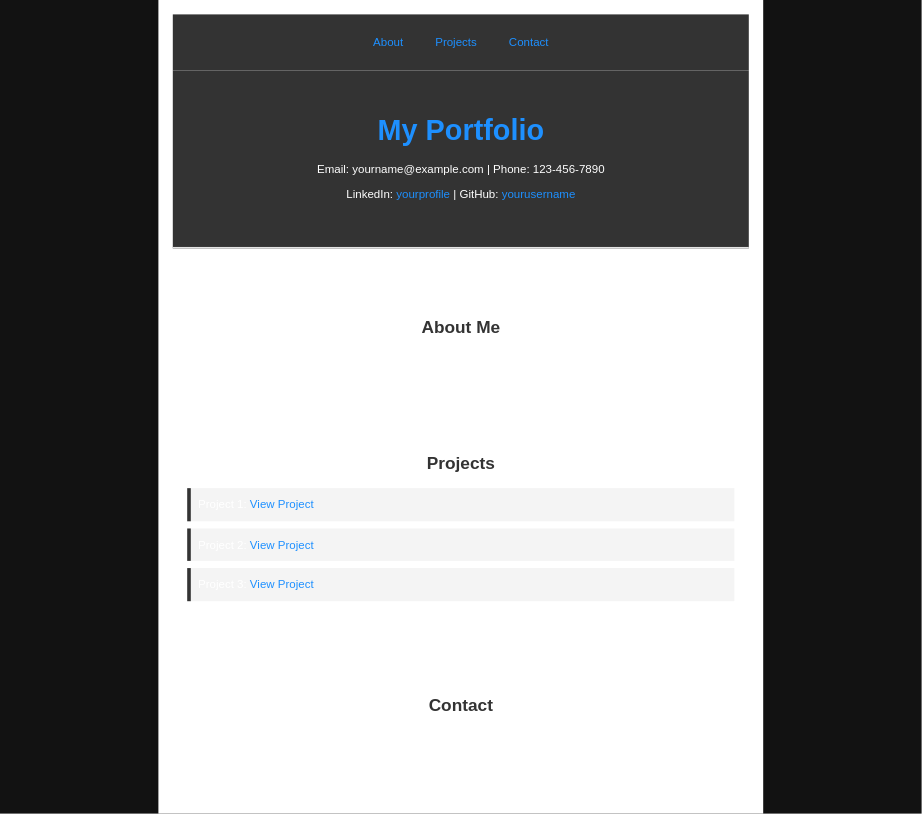
Repository: HoangDuck/portfolio
Page: index.html
An editor plug-in stored every save of this project. The page is shown before and after the next save, followed by the edit.
The browser window is 1280 px wide. The pictures show the whole page, at 72% of full size.

Above is the page before, as saved 2025-03-09 22:15:55.

### index.html
<!DOCTYPE html>
<html lang="en">
<head>
    <meta charset="UTF-8">
    <meta name="viewport" content="width=device-width, initial-scale=1.0">
    <title>My Portfolio</title>
    <link rel="stylesheet" href="style.css">
</head>
<body>
    <div class="portfolio-container">
        <nav>
            <ul>
                <li><a href="#about">About</a></li>
                <li><a href="#projects">Projects</a></li>
                <li><a href="#contact">Contact</a></li>
            </ul>
        </nav>
        <header>
            <h1>My Portfolio</h1>
            <p id="contact-info">Email: yourname@example.com | Phone: 123-456-7890</p>
            <p id="social-media">
                LinkedIn: <a href="https://www.linkedin.com/in/yourprofile">yourprofile</a> |
                GitHub: <a href="https://github.com/yourusername">yourusername</a>
            </p>
        </header>
        <section id="about">
            <h2>About Me</h2>
            <p>Welcome to my portfolio. Here you will find my latest projects and ways to contact me.</p>
        </section>
        <section id="projects" class="projects">
            <h2>Projects</h2>
            <ul id="project-list">
                <li>Project 1: <a href="https://example.com/project1">View Project</a></li>
                <li>Project 2: <a href="https://example.com/project2">View Project</a></li>
                <li>Project 3: <a href="https://example.com/project3">View Project</a></li>
            </ul>
        </section>
        <section id="contact">
            <h2>Contact</h2>
            <p>Feel free to reach out to me via email or phone.</p>
        </section>
    </div>
    <script src="script.js"></script>
</body>
</html>

### style.css
body {
    font-family: Arial, sans-serif;
    line-height: 1.6;
    background-color: #121212;
    color: #ffffff;
    margin: 0;
    padding: 0;
}

.portfolio-container {
    width: 80%;
    margin: auto;
    overflow: hidden;
    background: white;
    padding: 20px;
    box-shadow: 0 0 10px rgba(0, 0, 0, 0.1);
    max-width: 800px;
    margin: 0 auto;
    padding: 20px;
}

nav {
    background: #333;
    color: #fff;
    padding: 10px 0;
    text-align: center;
}

nav ul {
    list-style: none;
    padding: 0;
    list-style-type: none;
    padding: 0;
}

nav ul li {
    display: inline;
    margin: 0 20px;
    display: inline;
    margin-right: 20px;
}

nav ul li a {
    color: #1e90ff; /* Primary blue color */
    text-decoration: none;
    color: #1e90ff; /* Primary blue color */
}

header {
    text-align: center;
    padding: 50px 0;
    background: #333;
    color: #fff;
    border-bottom: 2px solid #e4e4e4;
    margin-bottom: 20px;
    text-align: center;
    margin-bottom: 50px;
}

header h1 {
    margin: 0;
    font-size: 2.5em;
    color: #1e90ff; /* Primary blue color */
}

header p {
    margin: 10px 0;
}

h2 {
    font-size: 1.5em;
    margin-bottom: 10px;
    color: #555;
}

p {
    margin: 5px 0;
}

ul {
    list-style: none;
    padding: 0;
}

ul li {
    margin-bottom: 10px;
}

a {
    color: #1e90ff; /* Primary blue color */
    text-decoration: none;
}

a:hover {
    text-decoration: underline;
}

section {
    margin-bottom: 20px;
    margin-bottom: 50px;
}

.projects {
    background: #fff;
    padding: 20px;
    margin-top: 20px;
}

.projects h2 {
    text-align: center;
    color: #333;
}

#project-list {
    list-style: none;
    padding: 0;
}

#project-list li {
    background: #f4f4f4;
    margin: 10px 0;
    padding: 10px;
    border-left: 5px solid #333;
    margin-bottom: 10px;
}

#project-list li a {
    text-decoration: none;
    color: #1e90ff; /* Primary blue color */
}

#about, #contact {
    background: #fff;
    padding: 20px;
    margin-top: 20px;
}

#about h2, #contact h2 {
    text-align: center;
    color: #333;
}

### script.js
document.addEventListener('DOMContentLoaded', () => {
    console.log('Portfolio loaded successfully!');
});

After the next save:
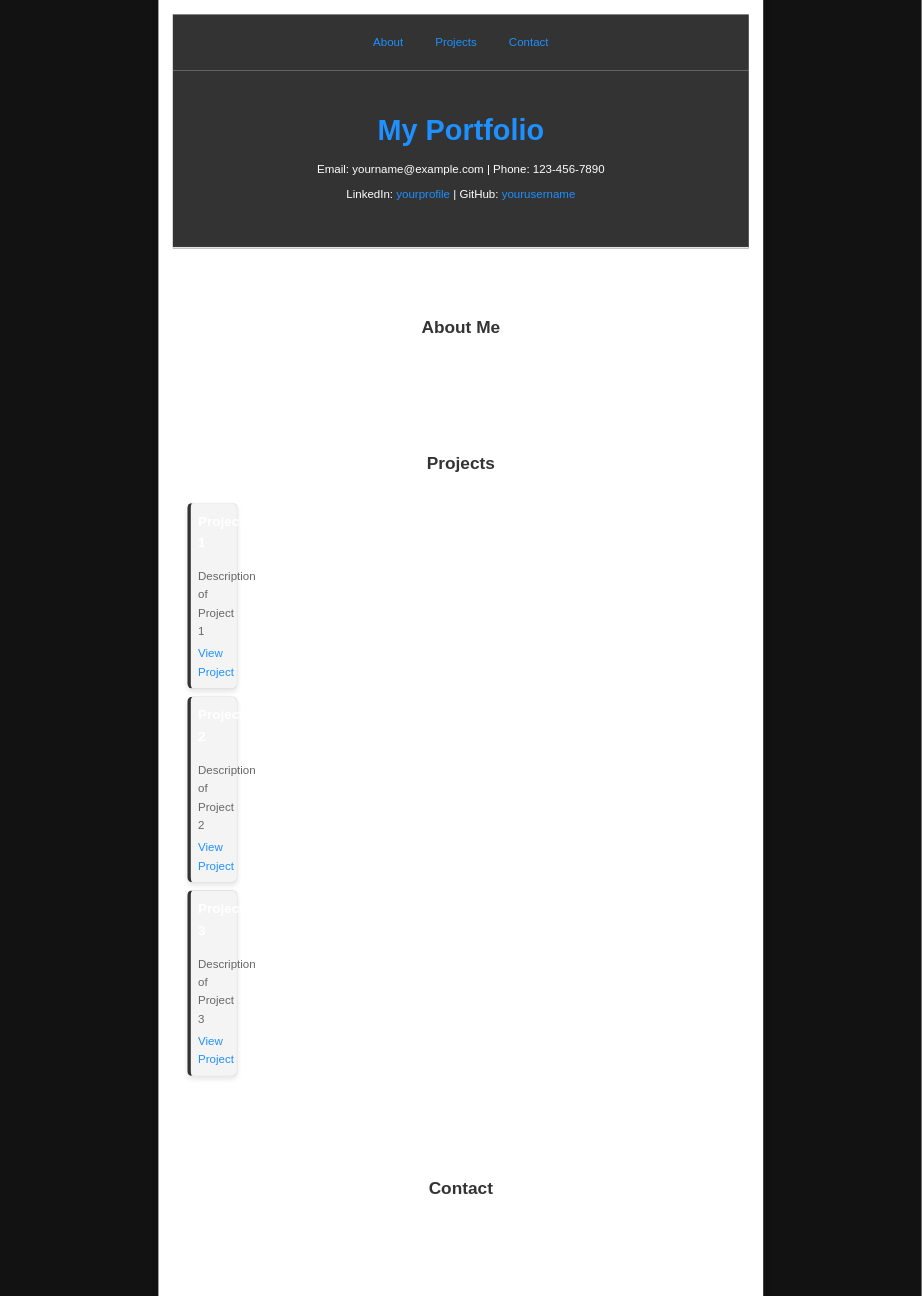
Saved 75 s later.
--- a/index.html
+++ b/index.html
@@ -29,11 +29,25 @@
         </section>
         <section id="projects" class="projects">
             <h2>Projects</h2>
-            <ul id="project-list">
-                <li>Project 1: <a href="https://example.com/project1">View Project</a></li>
-                <li>Project 2: <a href="https://example.com/project2">View Project</a></li>
-                <li>Project 3: <a href="https://example.com/project3">View Project</a></li>
-            </ul>
+            <div class="projects-container">
+                <ul id="project-list">
+                    <li class="project-item">
+                        <h3>Project 1</h3>
+                        <p>Description of Project 1</p>
+                        <a href="https://example.com/project1">View Project</a>
+                    </li>
+                    <li class="project-item">
+                        <h3>Project 2</h3>
+                        <p>Description of Project 2</p>
+                        <a href="https://example.com/project2">View Project</a>
+                    </li>
+                    <li class="project-item">
+                        <h3>Project 3</h3>
+                        <p>Description of Project 3</p>
+                        <a href="https://example.com/project3">View Project</a>
+                    </li>
+                </ul>
+            </div>
         </section>
         <section id="contact">
             <h2>Contact</h2>
--- a/style.css
+++ b/style.css
@@ -139,3 +139,40 @@ section {
     text-align: center;
     color: #333;
 }
+
+.projects-container {
+    display: flex;
+    flex-wrap: wrap;
+    gap: 20px;
+}
+
+.project-item {
+    background-color: #f9f9f9;
+    border: 1px solid #ddd;
+    border-radius: 8px;
+    padding: 20px;
+    width: calc(33.333% - 20px);
+    box-shadow: 0 4px 8px rgba(0, 0, 0, 0.1);
+    transition: transform 0.3s;
+}
+
+.project-item:hover {
+    transform: translateY(-10px);
+}
+
+.project-item h3 {
+    margin-top: 0;
+}
+
+.project-item p {
+    color: #666;
+}
+
+.project-item a {
+    color: #007bff;
+    text-decoration: none;
+}
+
+.project-item a:hover {
+    text-decoration: underline;
+}
